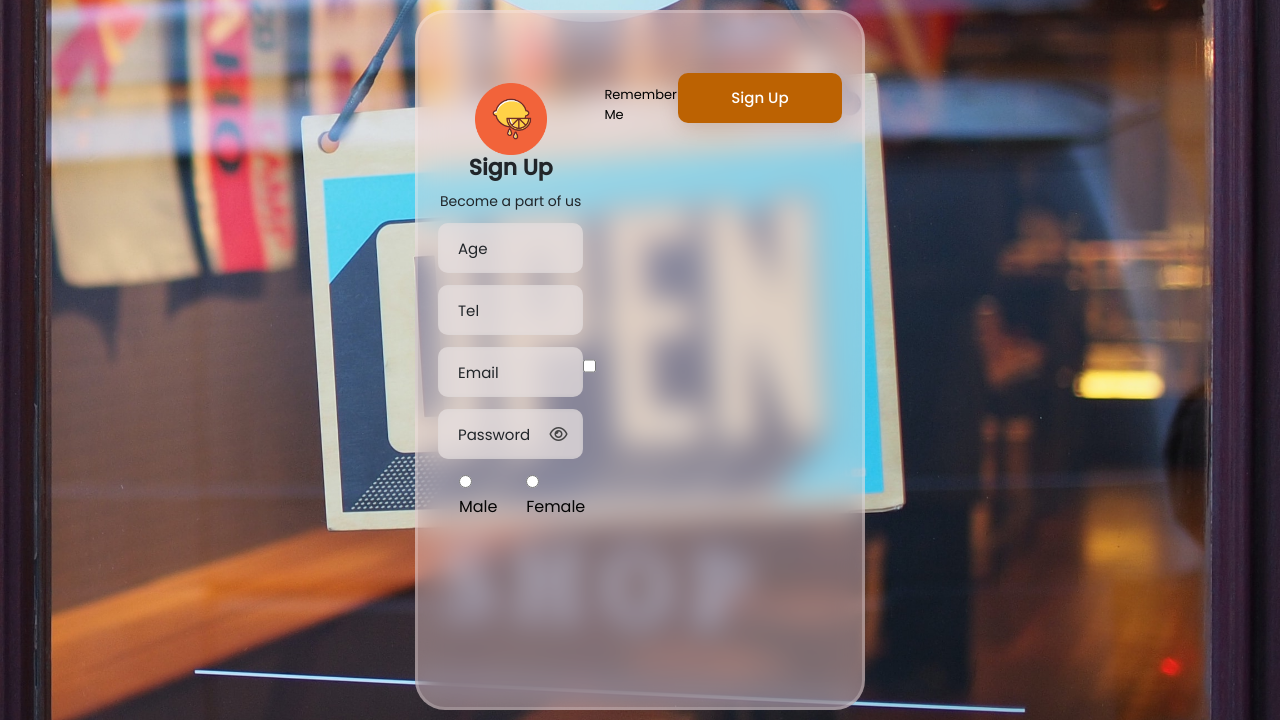
Repository: MauDucKG/BigFarm
Page: http://localhost/BigFarm/views/main/login/index.php
The author's editor kept a copy of each file at every save. The page is drawn from the files as they stood at one save, then again after the next save.
The browser window is 1280 px wide. The pictures show the whole page.
Some web libraries are served in a nearby version. The page is run by PHP 8.4 with error messages shown; the project is at /var/www/html/.

Above is the page before, as saved 2023-04-26 22:51:15.

After the next save:
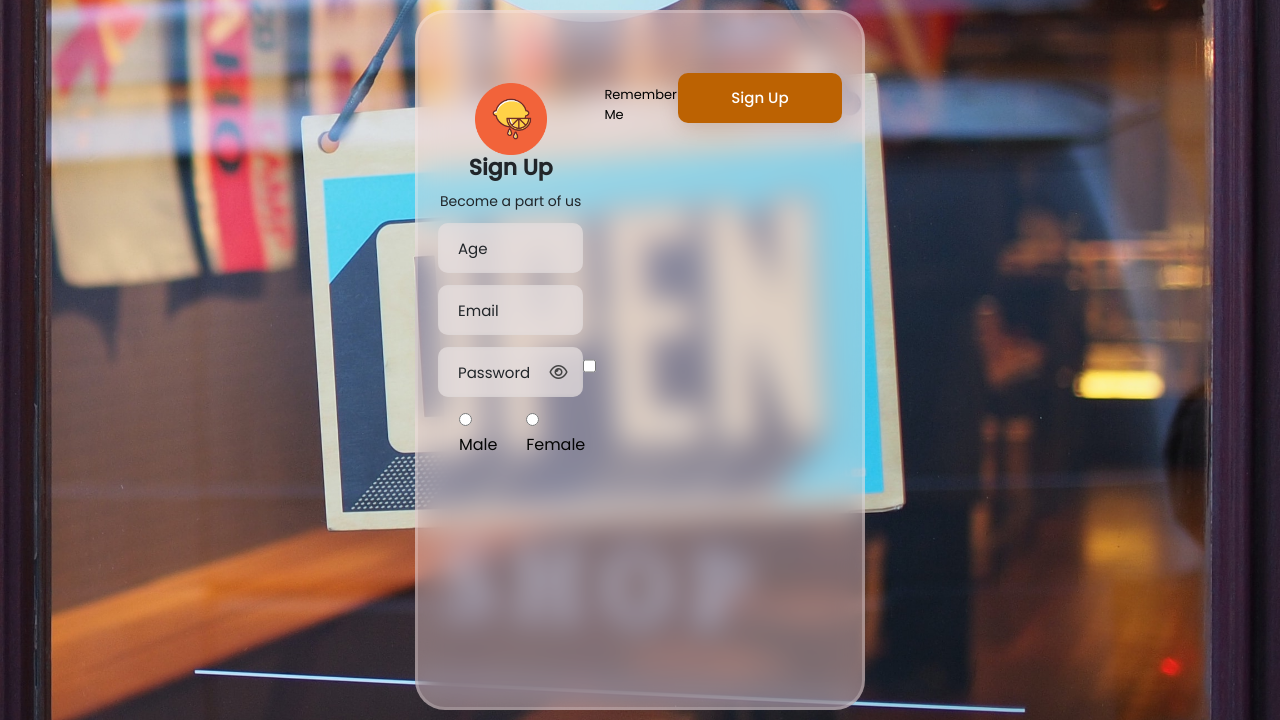
Saved 15 s later.
--- a/views/main/login/index.php
+++ b/views/main/login/index.php
@@ -22,10 +22,6 @@
                     <div class="input-field">
                         <input type="text" class="input-box" id="age" name="age" required>
                         <label for="regUser">Age</label>
-                    </div>
-                    <div class="input-field">
-                        <input type="text" class="input-box" id="phone" name="phone" required>
-                        <label for="regUser">Tel</label>
                     </div>
                     <div class="input-field">
                         <input type="text" class="input-box" id="email" name="email" required>
